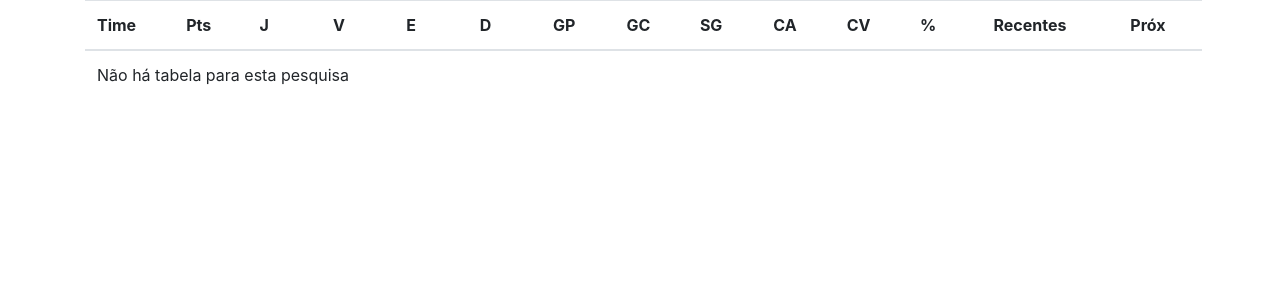
Repository: danielvieira7/campeonato-brasileiro-embed
Page: index.html
An editor plug-in stored every save of this project. The page is shown before and after the next save, followed by the edit.
The browser window is 1280 px wide. The pictures show the whole page.
The page's requests for data from a server got no answer. Some web libraries are served in a nearby version.

Above is the page before, as saved 2021-02-12 00:48:51.

### index.html
<!doctype html>
<html lang="en">
<head>
    <title>Tabela do Campeonato Brasileiro</title>
    <!-- Required meta tags -->
    <meta charset="utf-8">
    <meta name="viewport" content="width=device-width, initial-scale=1, shrink-to-fit=no">

    <!-- Bootstrap CSS -->
    <link rel="stylesheet" href="https://stackpath.bootstrapcdn.com/bootstrap/4.3.1/css/bootstrap.min.css" integrity="sha384-ggOyR0iXCbMQv3Xipma34MD+dH/1fQ784/j6cY/iJTQUOhcWr7x9JvoRxT2MZw1T" crossorigin="anonymous">
    <!-- <link rel="stylesheet" href="//cdn.datatables.net/1.10.23/css/jquery.dataTables.min.css"> -->
    <!-- <link rel="stylesheet" href="style-light-green.css"> -->
</head>
<body>

    <div class="container">
        <table class="table" id="tabela-campeonato-brasileiro">
            <thead>
                <tr>
                    <th>Time</th>
                    <th>Pts</th>
                    <th>J</th>
                    <th>V</th>
                    <th>E</th>
                    <th>D</th>
                    <th>GP</th>
                    <th>GC</th>
                    <th>SG</th>
                    <th>CA</th>
                    <th>CV</th>
                    <th>%</th>
                    <th>Recentes</th>
                    <th>Próx</th>
                </tr>
            </thead>
            <tbody>
                <tr>
                    <td scope="row"></td>
                    <td></td>
                    <td></td>
                    <td></td>
                    <td></td>
                    <td></td>
                    <td></td>
                    <td></td>
                    <td></td>
                    <td></td>
                    <td></td>
                    <td></td>
                    <td></td>
                    <td></td>
                </tr>
            </tbody>
        </table>
    </div>

    <!-- Optional JavaScript -->
    <!-- jQuery first, then Popper.js, then Bootstrap JS -->
    <script src='https://cdnjs.cloudflare.com/ajax/libs/jquery/3.5.1/jquery.min.js' integrity='sha512-bLT0Qm9VnAYZDflyKcBaQ2gg0hSYNQrJ8RilYldYQ1FxQYoCLtUjuuRuZo+fjqhx/qtq/1itJ0C2ejDxltZVFg==' crossorigin='anonymous'></script>

    <script src="https://cdnjs.cloudflare.com/ajax/libs/popper.js/1.14.7/umd/popper.min.js" integrity="sha384-UO2eT0CpHqdSJQ6hJty5KVphtPhzWj9WO1clHTMGa3JDZwrnQq4sF86dIHNDz0W1" crossorigin="anonymous"></script>
    <script src="https://stackpath.bootstrapcdn.com/bootstrap/4.3.1/js/bootstrap.min.js" integrity="sha384-JjSmVgyd0p3pXB1rRibZUAYoIIy6OrQ6VrjIEaFf/nJGzIxFDsf4x0xIM+B07jRM" crossorigin="anonymous"></script>
    <script src="//cdn.datatables.net/1.10.23/js/jquery.dataTables.min.js"></script>
    <script src="app.js"></script>
</body>
</html>

### app.js
const queryString = window.location.search;
const urlParams = new URLSearchParams(queryString);
let tabelaCampeonatoBrasileiro

$(function () {
    let options = {
        "searching": false,
        "paging": false,
        "info": false,
        "ajax": "https://danielvieira7.github.io/campeonato-brasileiro-json-api/campeonato-brasileiro.json",
        "dom": '<"top"if>rt<"bottom"><"clear">',
        "language": { "emptyTable": "Não há tabela para esta pesquisa",
            "sInfo": "Exibindo um total de _TOTAL_ times.",
            "sInfoEmpty": "",
            "search": "Pesquisar: ",
            "infoFiltered": "",
            "sZeroRecords": "Não há tabela para esta pesquisa",},
        columns: [
            {"data": "nome"},
            {"data": "pontos"},
            {"data": "jogos"},
            {"data": "vitorias"},
            {"data": "empates"},
            {"data": "derrotas"},
            {"data": "gols_pro"},
            {"data": "gols_contra"},
            {"data": "saldo_gols"},
            {"data": "cartoes_amarelo"},
            {"data": "cartoes_vermelhos"},
            {"data": "aproveitamento"},
            {"data": "recentes"},
            {"data": "proximo_adversario"},
        ],
        columnDefs:[
            { "targets": 0, "width": "5%", "className": "dt-center"},
            { "targets": 1, "width": "5%", "className": "dt-center"},
            { "targets": 2, "width": "5%", "className": "dt-center"},
            { "targets": 3, "width": "5%", "className": "dt-center"},
            { "targets": 4, "width": "5%", "className": "dt-center"},
            { "targets": 5, "width": "5%", "className": "dt-center"},
            { "targets": 6, "width": "5%", "className": "dt-center"},
            { "targets": 7, "width": "5%", "className": "dt-center"},
            { "targets": 8, "width": "5%", "className": "dt-center"},
            { "targets": 9, "width": "5%", "className": "dt-center"},
            { "targets": 10, "width": "5%", "className": "dt-center"},
            { "targets": 11, "width": "5%", "className": "dt-center"},
            { "targets": 12, "width": "5%", "className": "dt-center"},
            { "targets": 13, "width": "5%", "className": "dt-center"},
        ],
        "order": [[ 1, "desc" ]],
        "pageLength": 25
    }

    tabelaCampeonatoBrasileiro = $("#tabela-campeonato-brasileiro").DataTable(options)

})

const estilo = urlParams.get('estilo')

let file
switch(estilo) {
    case "colorful-blue-purple":
        file = "styles/style-colorful-blue-purple.css";
        break;
    case "dark-theme":
        file = "styles/style-dark-theme.css";
        break;
    case "light-blue":
        file = "styles/style-light-blue.css";
        break;
    case "light-green":
        file = "styles/style-light-green.css";
        break;
    default:
        file = "styles/style-default.css";
}

let link = document.createElement( "link" );
link.href = file;
link.type = "text/css";
link.rel = "stylesheet";
link.media = "screen,print";

document.getElementsByTagName( "head" )[0].appendChild( link );

Loaded but not shown: styles/style-default.css (no stored copy; drawn as an empty file)

After the next save:
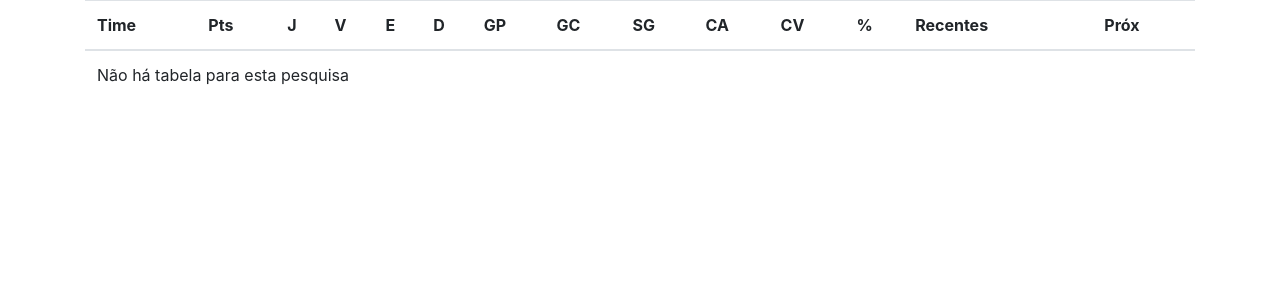
Saved 2 min 22 s later.
--- a/app.js
+++ b/app.js
@@ -30,22 +30,6 @@
             {"data": "aproveitamento"},
             {"data": "recentes"},
             {"data": "proximo_adversario"},
-        ],
-        columnDefs:[
-            { "targets": 0, "width": "5%", "className": "dt-center"},
-            { "targets": 1, "width": "5%", "className": "dt-center"},
-            { "targets": 2, "width": "5%", "className": "dt-center"},
-            { "targets": 3, "width": "5%", "className": "dt-center"},
-            { "targets": 4, "width": "5%", "className": "dt-center"},
-            { "targets": 5, "width": "5%", "className": "dt-center"},
-            { "targets": 6, "width": "5%", "className": "dt-center"},
-            { "targets": 7, "width": "5%", "className": "dt-center"},
-            { "targets": 8, "width": "5%", "className": "dt-center"},
-            { "targets": 9, "width": "5%", "className": "dt-center"},
-            { "targets": 10, "width": "5%", "className": "dt-center"},
-            { "targets": 11, "width": "5%", "className": "dt-center"},
-            { "targets": 12, "width": "5%", "className": "dt-center"},
-            { "targets": 13, "width": "5%", "className": "dt-center"},
         ],
         "order": [[ 1, "desc" ]],
         "pageLength": 25

After the save that followed:
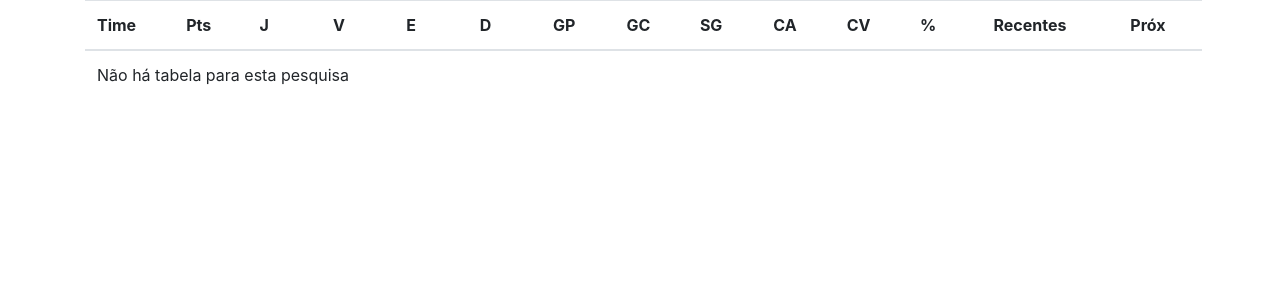
Saved 5 s later.
--- a/app.js
+++ b/app.js
@@ -30,6 +30,22 @@
             {"data": "aproveitamento"},
             {"data": "recentes"},
             {"data": "proximo_adversario"},
+        ],
+        columnDefs:[
+            { "targets": 0, "width": "5%", "className": "dt-center"},
+            { "targets": 1, "width": "5%", "className": "dt-center"},
+            { "targets": 2, "width": "5%", "className": "dt-center"},
+            { "targets": 3, "width": "5%", "className": "dt-center"},
+            { "targets": 4, "width": "5%", "className": "dt-center"},
+            { "targets": 5, "width": "5%", "className": "dt-center"},
+            { "targets": 6, "width": "5%", "className": "dt-center"},
+            { "targets": 7, "width": "5%", "className": "dt-center"},
+            { "targets": 8, "width": "5%", "className": "dt-center"},
+            { "targets": 9, "width": "5%", "className": "dt-center"},
+            { "targets": 10, "width": "5%", "className": "dt-center"},
+            { "targets": 11, "width": "5%", "className": "dt-center"},
+            { "targets": 12, "width": "5%", "className": "dt-center"},
+            { "targets": 13, "width": "5%", "className": "dt-center"},
         ],
         "order": [[ 1, "desc" ]],
         "pageLength": 25
